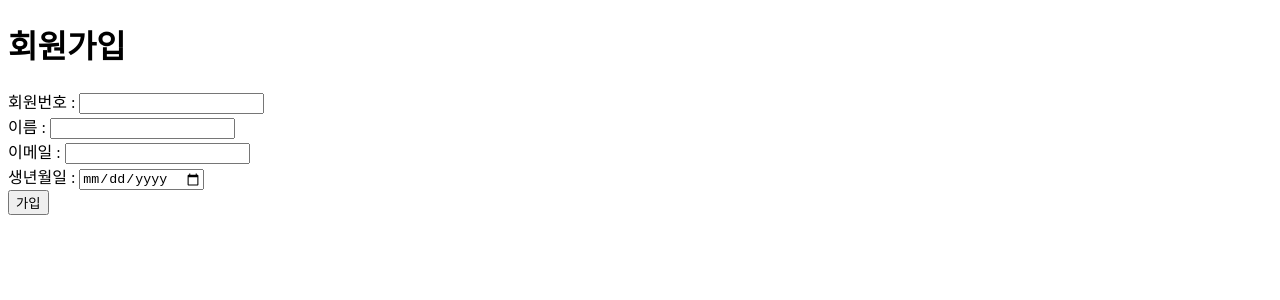
Repository: khkyungnan/Servlet-JSP-Workspace
Page: http://localhost/join/register.jsp
The author's editor kept a copy of each file at every save. The page is drawn from the files as they stood at one save, then again after the next save.
The browser window is 1280 px wide. The pictures show the whole page.
The page is served by Tomcat 9. Other server files are loaded and not shown.

Above is the page before, as saved 2023-11-07 01:53:25.

### join/src/main/webapp/register.jsp
<%@ page language="java" contentType="text/html; charset=EUC-KR"
    pageEncoding="EUC-KR"%>
<!DOCTYPE html>
<html>
<head>
<meta charset="EUC-KR">
<title>Insert title here</title>
<link rel="stylesheet" type="text/css" href="styles.css">
</head>
<body>
<h1>회원가입</h1>
<form action="RegisterServlet" method="post">
	<label for="mno"> 회원번호 : </label>
	<input type="text" id="mno" name="mno" required><br>

	<label for="mname">이름 : </label>
	<input type="text" id="mname" name="mname" required><br>

	<label for="memail">이메일 : </label>
	<input type="email" id="memail" name="memail" required><br>

	<label for="mbirth">생년월일 : </label>
	<input type="date" id="mbirth" name="mbirth" required><br>

	<input type="submit" value="가입">

</form>
</body>
</html>

### join/src/main/webapp/styles.css
styles.css
h1 {
	background-color:#333;
	color:#fff;
	padding :10px;
	text-align :center;
}

After the next save:
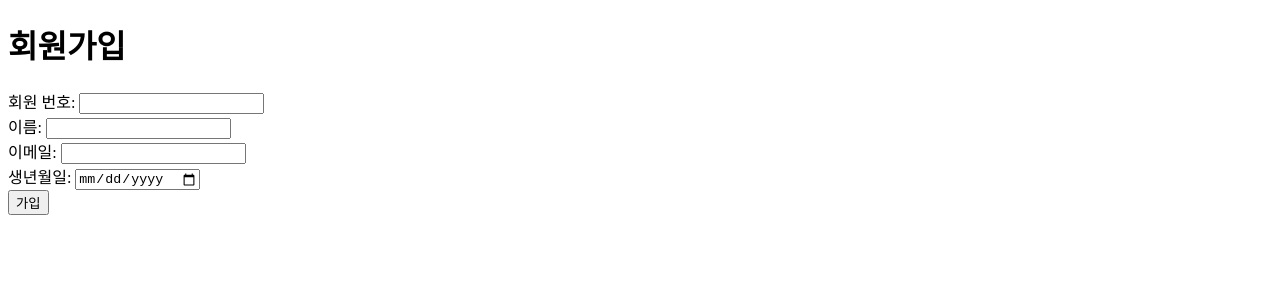
Saved 24 s later.
--- a/join/src/main/webapp/register.jsp
+++ b/join/src/main/webapp/register.jsp
@@ -10,20 +10,19 @@
 <body>
 <h1>회원가입</h1>
 <form action="RegisterServlet" method="post">
-	<label for="mno"> 회원번호 : </label>
-	<input type="text" id="mno" name="mno" required><br>
+	    <label for="mno">회원 번호:</label>
+        <input type="text" id="mno" name="mno" required><br>
 
-	<label for="mname">이름 : </label>
-	<input type="text" id="mname" name="mname" required><br>
+        <label for="mname">이름:</label>
+        <input type="text" id="mname" name="mname" required><br>
 
-	<label for="memail">이메일 : </label>
-	<input type="email" id="memail" name="memail" required><br>
+        <label for="memail">이메일:</label>
+        <input type="email" id="memail" name="memail" required><br>
 
-	<label for="mbirth">생년월일 : </label>
-	<input type="date" id="mbirth" name="mbirth" required><br>
+        <label for="mbirth">생년월일:</label>
+        <input type="date" id="mbirth" name="mbirth" required><br>
 
-	<input type="submit" value="가입">
-
-</form>
+        <input type="submit" value="가입">
+    </form>
 </body>
 </html>
